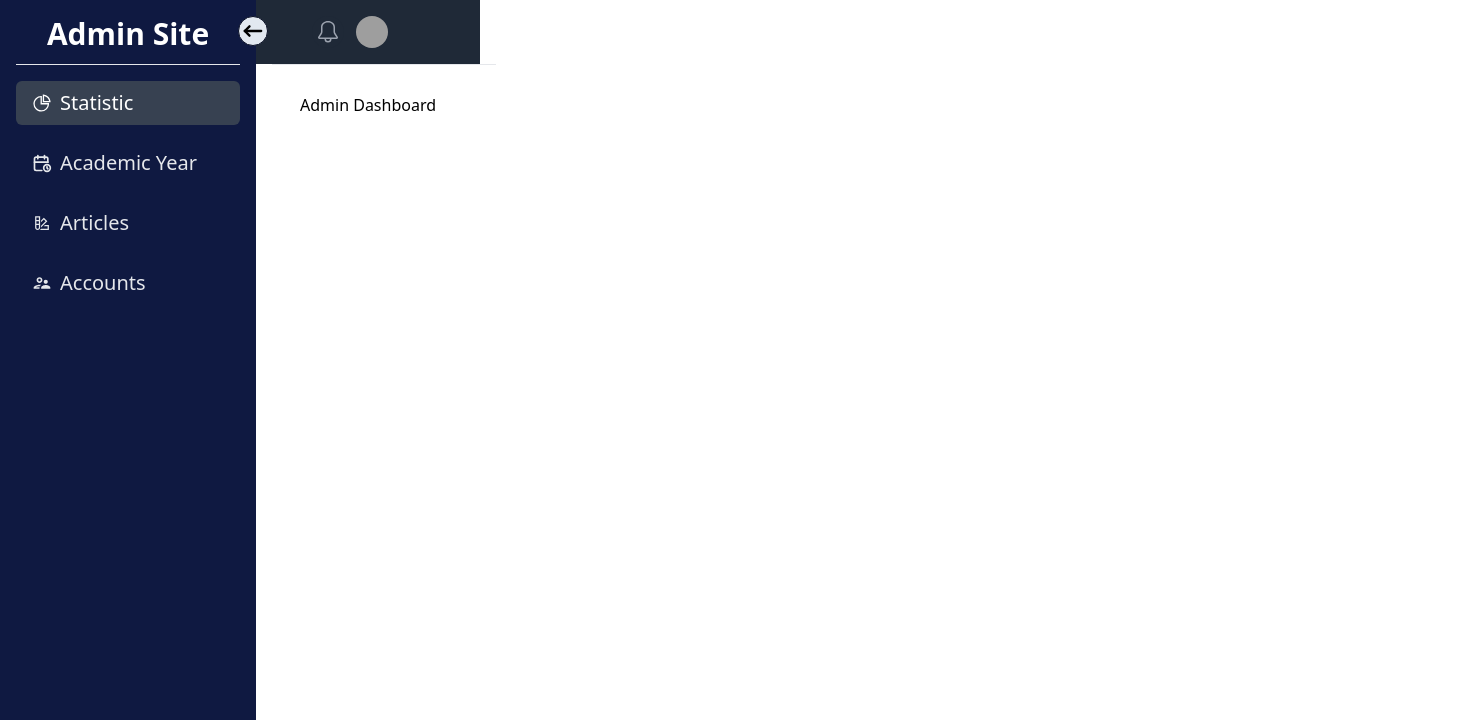
Repository: huynhvanngoan/COMP1640FE-Template
Page: /admin
An editor plug-in stored every save of this project. The page is shown before and after a run of saves, followed by the edit.
The browser window is 1280 px wide. The page is 1280 px wide, then 1479 px, then 1280 px, so the pictures cover 1479 px, including what lies to the right of the window. The pictures show the whole page.
Pictures or frames that could not be fetched are drawn as grey boxes. The project was rebuilt for these pictures with package versions that can differ from the ones it lists, and the page was loaded fresh each time. Also part of the build but not shown: src/components/buttonStyles.js, src/pages/LoginPage.jsx, src/pages/student/StudentDashboard.jsx, src/pages/department/DepartmentDashboard.jsx, src/pages/marketing/MarketingDashboard.jsx, src/pages/guest/GuestDashboard.jsx.

Above is the page before, as saved 2024-03-24 07:36:21.

After the next 2 saves:
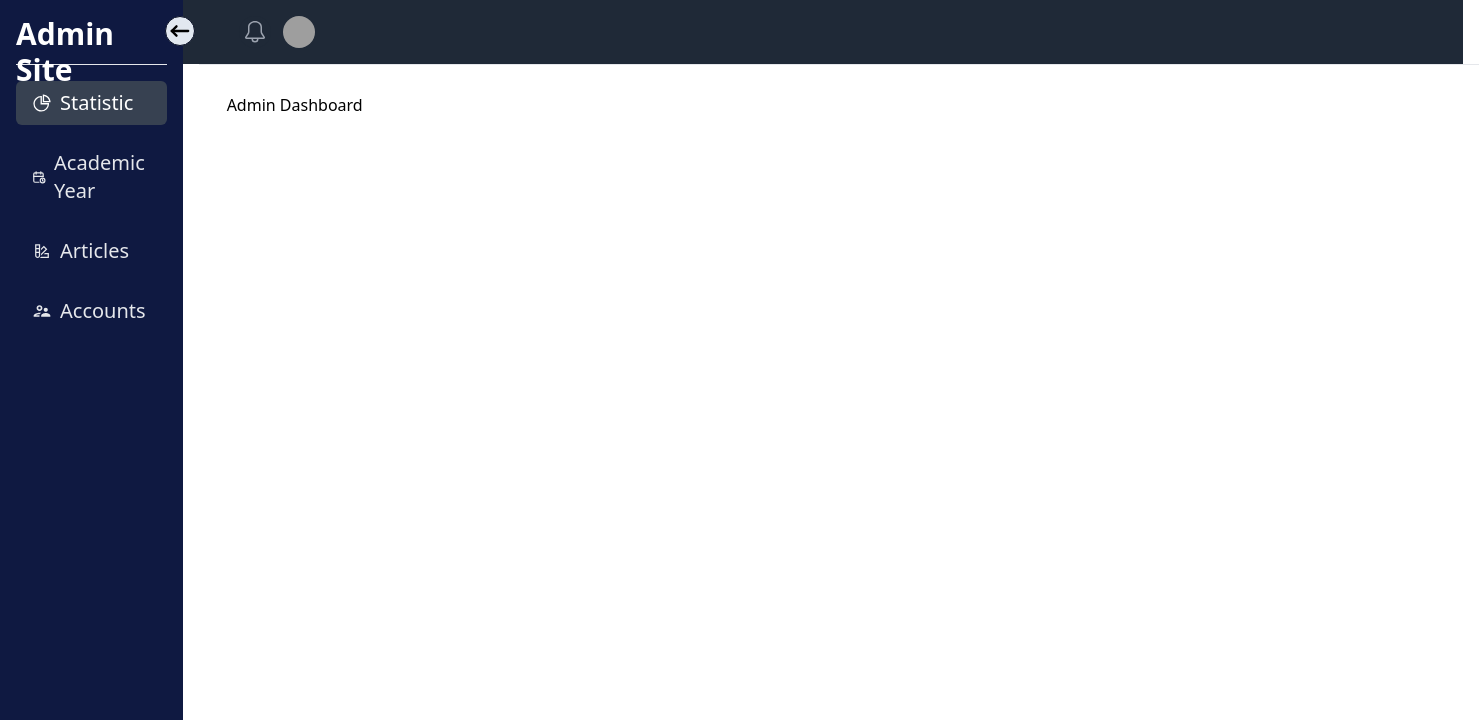
The 2 saves are shown as one change because they came seconds apart.
The last was saved 25 s later.
--- a/src/pages/admin/Header.js
+++ b/src/pages/admin/Header.js
@@ -9,7 +9,7 @@
 
 export default function Header() {
   return (
-    <Disclosure as="nav" className="bg-gray-800 max-w-full">
+    <Disclosure as="nav" className="bg-gray-800 w-screen">
       {({ open }) => (
         <>
           <div className="mx-auto max-w-full px-2 sm:px-6 lg:px-8">

After the save that followed:
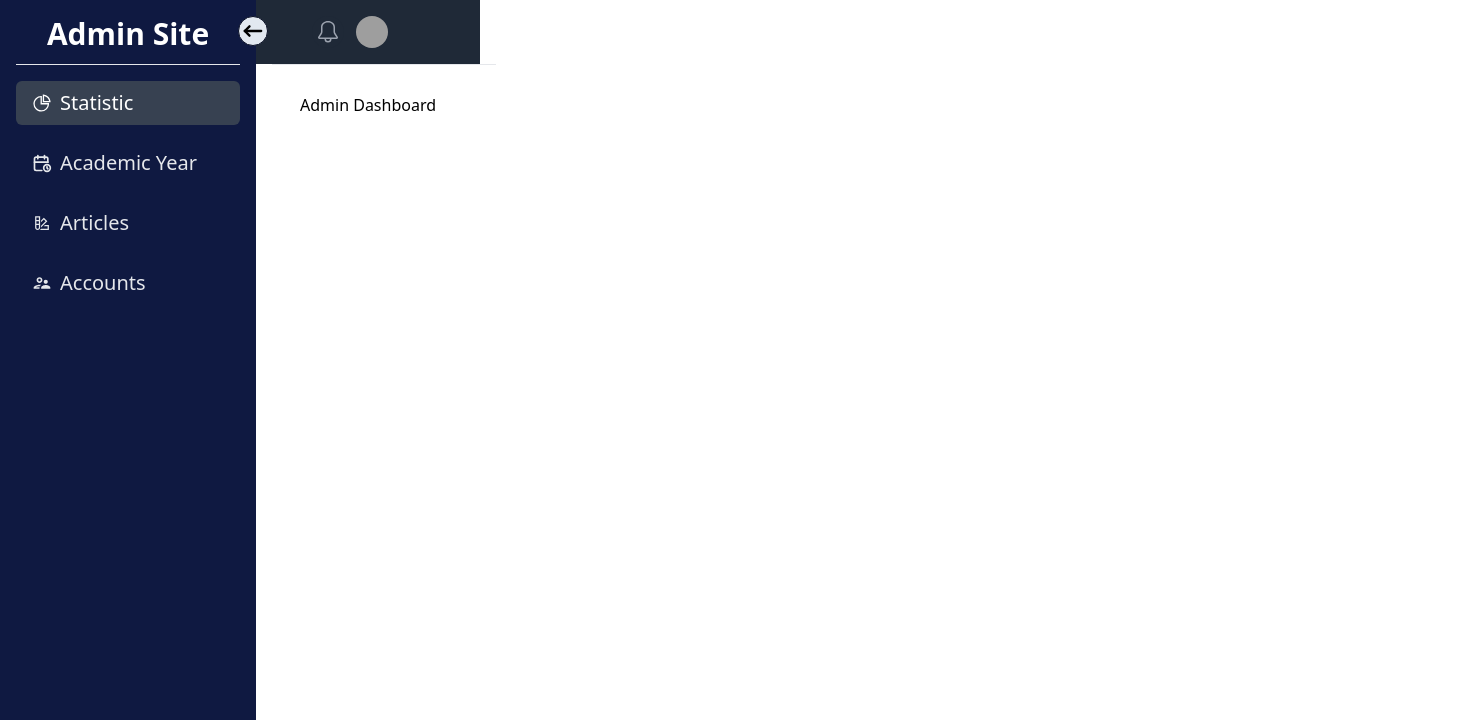
Saved 15 s later.
--- a/src/pages/admin/Header.js
+++ b/src/pages/admin/Header.js
@@ -9,7 +9,7 @@
 
 export default function Header() {
   return (
-    <Disclosure as="nav" className="bg-gray-800 w-screen">
+    <Disclosure as="nav" className="bg-gray-800 w-">
       {({ open }) => (
         <>
           <div className="mx-auto max-w-full px-2 sm:px-6 lg:px-8">
